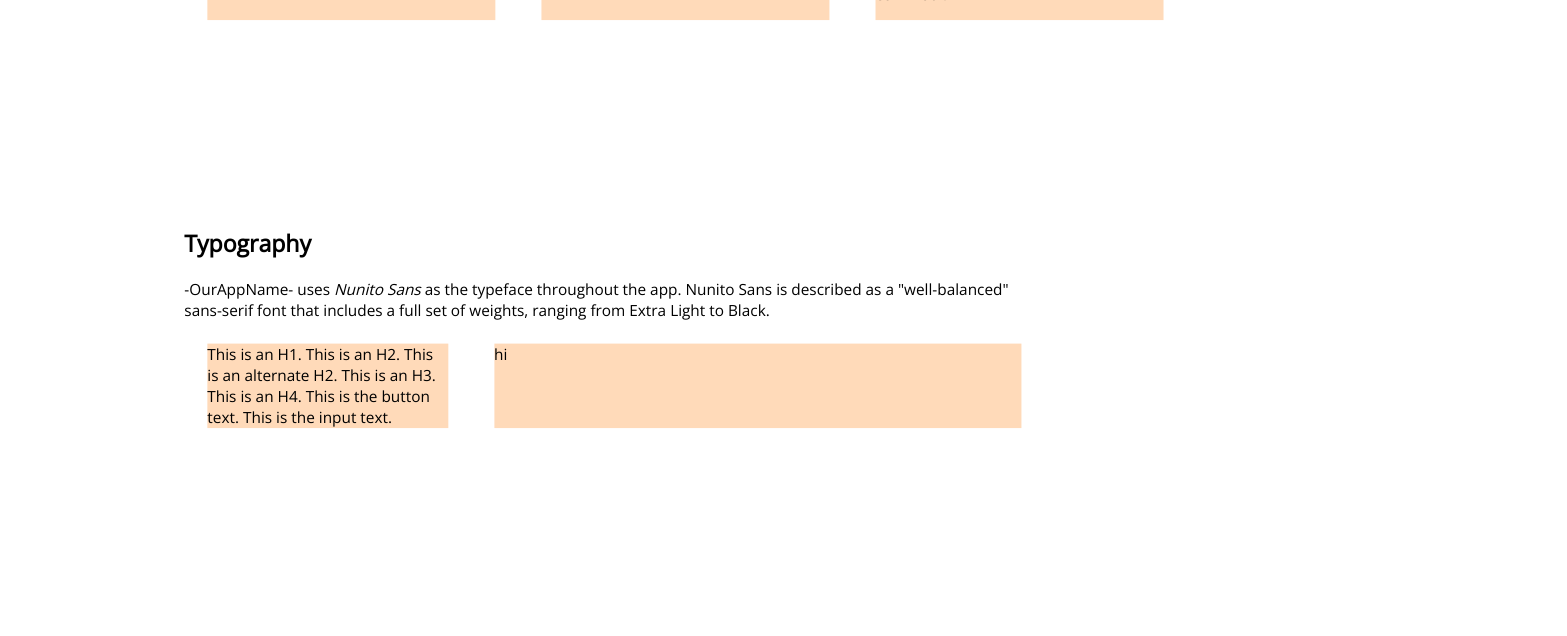
Repository: seohyun9672/Timearth-A6Styleguide
Page: page2.html
An editor plug-in stored every save of this project. The page is shown before and after the next save, followed by the edit.
The browser window is 1280 px wide. The page is 1632 px wide, so the pictures cover 1632 px, including what lies to the right of the window. The pictures show the part of the page from y = 1602 to 2330 px (the page is 2264 px tall before and 2330 px after), at 96% of full size.

Above is the page before, as saved 2022-03-19 17:15:41.

### page2.html
<!DOCTYPE html>
<html lang="en">
  <head>
    <meta charset="UTF-8" />
    <meta http-equiv="X-UA-Compatible" content="IE=edge" />
    <meta name="viewport" content="width=device-width, initial-scale=1.0" />
    <title>Document</title>
    <link rel="stylesheet" href="stylesheet.css" />
  </head>

  <body>
    <ul class="navbar">
      <li><a href="/page1.html">App Name</a></li>
      <div class="navbar-active">
        <li><a href="/page1.html">Logo</a></li>
        <li><a href="/page2.html">Colour & Typography</a></li>
        <li><a href="/page3.html">Imagery & Graphics</a></li>
        <li><a href="/ref.html">Reference</a></li>
      </div>
    </ul>
    <section class="color-palette page2">
      <h1>Color Palette</h1>
      <img class="palette" src="https://placekitten.com/1440/100" />
      <div>
        <h2>Description of colour palette</h2>
        <p>
          Lorem ipsum dolor sit amet, consectetur adipisicing elit. Culpa neque
          mollitia quae asperiores ad odit vitae iste minima totam harum
          distinctio qui beatae ea ut et adipisci, excepturi at iusto
          reprehenderit reiciendis fugit fuga nisi. Eligendi ut magni adipisci
          nulla architecto reprehenderit? Nemo eos accusamus optio nobis
          distinctio veritatis eius.
        </p>
      </div>
      <div></div>
      <div class="col-2">
        <div class="col">
          <img src="https://placekitten.com/200/600" />
        </div>
        <div class="col">hi</div>
      </div>
      <div class="row col-3">
        <div class="col">
          <img src="https://placekitten.com/300/200" />
          <p>
            Lorem ipsum dolor sit amet consectetur adipisicing elit. Fugit
            architecto laborum quam, unde laboriosam delectus aut facere rem
            magnam eum repellendus accusantium? Ipsum, quas iusto.
          </p>
        </div>
        <div class="col">
          <img src="https://placekitten.com/300/200" />
          <p>
            Lorem ipsum dolor sit amet, consectetur adipisicing elit. Eveniet
            laborum quisquam excepturi officiis obcaecati? Voluptatibus dolores
            laborum cupiditate quia illum explicabo quae nam dicta provident!
          </p>
        </div>
        <div class="col">
          <img src="https://placekitten.com/300/200" />
          <p>
            Lorem ipsum dolor sit amet consectetur adipisicing elit. Nemo
            consectetur veniam reprehenderit dolorem necessitatibus, repellat,
            perferendis quaerat suscipit magni alias in consequuntur nam
            repellendus commodi.
          </p>
        </div>
      </div>
    </section>
    <section class="typo page2">
      <h1>Typography</h1>
      <div>
        -OurAppName- uses <em>Nunito Sans</em> as the typeface throughout the
        app. Nunito Sans is described as a "well-balanced" sans-serif font that includes a full set of weights, ranging from Extra Light to Black.
      </div>
      <div class="col-2">
        <div class="col">
            This is an H1.

            This is an H2.

            This is an alternate H2.

            This is an H3.

            This is an H4.

            This is the button text.

            This is the input text.
        </div>
        <div class="col">hi</div>
      </div>
    </section>
  </body>
</html>

### stylesheet.css
@import url('https://fonts.googleapis.com/css2?family=Nunito+Sans&family=Open+Sans&display=swap');

body{
    margin: 0;
    font-family: 'open sans', san-serif;
  }

/* NAVBAR */

ul {
  list-style-type: none;
  margin: 0;
  padding: 0;
  overflow: hidden;
  background-color: #333;
}

li {
  float: left;
}

li a {
  display: block;
  color: white;
  text-align: center;
  padding: 14px 16px;
  text-decoration: none;
}

li a:hover {
  background-color: #111;
}

.navbar-active{
    float: right;
}

/* LOGO */

.section-logo {
    display: flex;
    flex-direction: column;
    justify-content: flex-start;
    align-items: center;
}

.logo-description {
    display: flex;
}
.logo-variation {
    display: flex;
    justify-content: space-evenly;
}

.logo-colourpalette {
    display: flex;
    width: 100%;
    justify-content: space-between;
}

.section-cont {
    width: 940px;
}
.colour-cont {
    display: flex;
    flex-direction: column;
}
.colour-name {
    font-weight: bold;
}

.logo-typography {
    display: flex;
}

.logo-usage {
    display: flex;
    flex-direction: column;
}

.logo-usage-desc {
    display: flex;
}

.section-cont colour {
    display: flex;
}

/* page 2 */
.page2 {
    margin:12em;
}
.col-3 {
    display:grid;
    grid-template-columns: 1fr 1fr 1fr;
}
.col-2 {
    display:grid;
    grid-template-columns: 1fr 2fr;
}
.col {
    background-color:peachpuff;
    margin:1.5em;
}

After the next save:
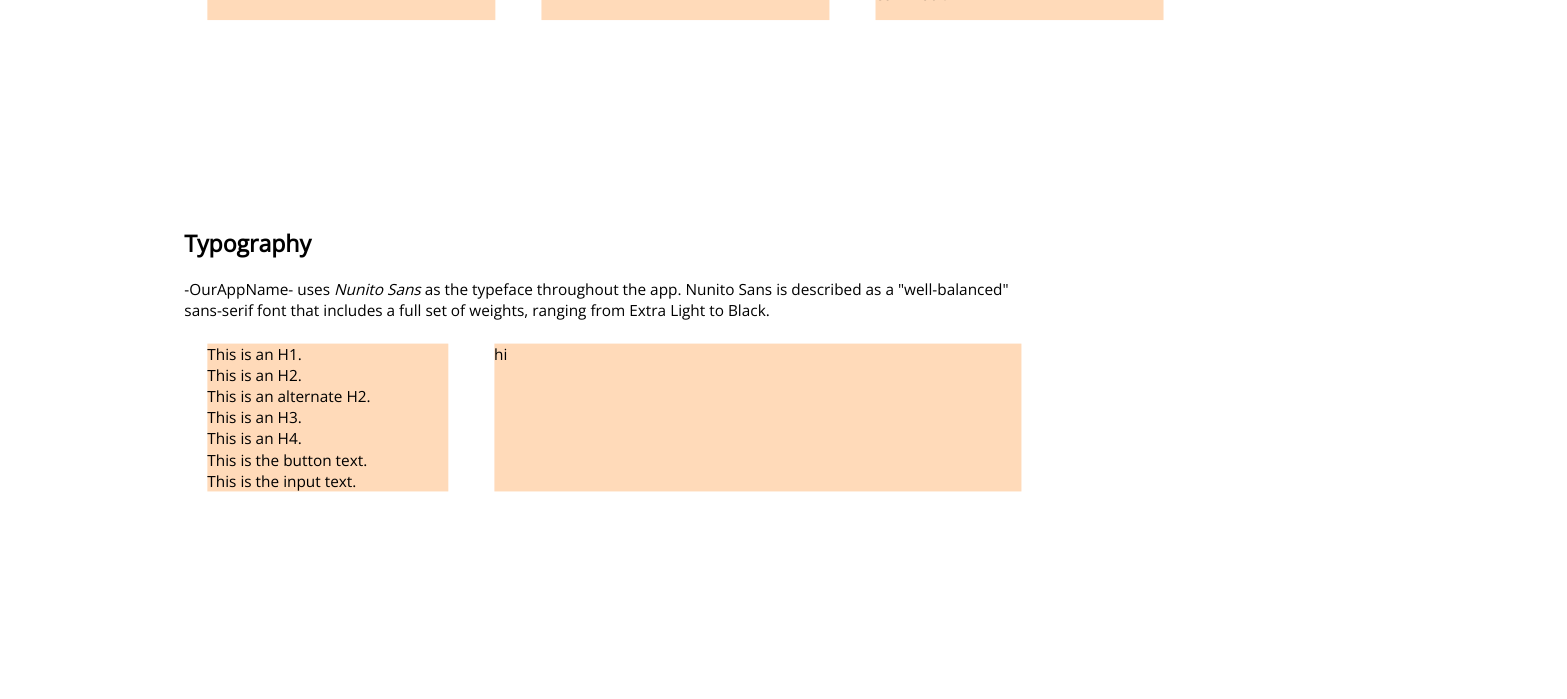
Saved 25 s later.
--- a/page2.html
+++ b/page2.html
@@ -75,17 +75,17 @@
       </div>
       <div class="col-2">
         <div class="col">
-            This is an H1.
+            This is an H1. <br>
 
-            This is an H2.
+            This is an H2. <br>
 
-            This is an alternate H2.
+            This is an alternate H2. <br>
 
-            This is an H3.
+            This is an H3. <br>
 
-            This is an H4.
+            This is an H4. <br>
 
-            This is the button text.
+            This is the button text. <br>
 
             This is the input text.
         </div>
